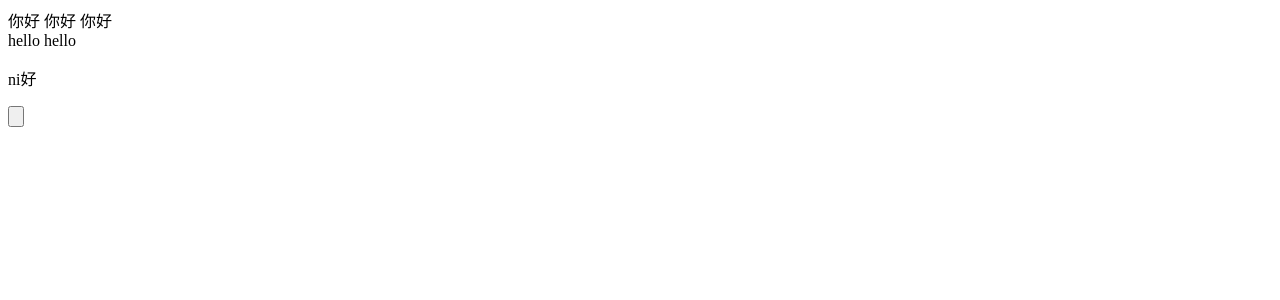
Repository: ls02/VSCode
Page: Java/2022/6-22-1/Test1.html
The author's editor kept a copy of each file at every save. The page is drawn from the files as they stood at one save, then again after the next save.
The browser window is 1280 px wide. The pictures show the whole page.

Above is the page before, as saved 2022-06-23 22:53:42.

After the next save:
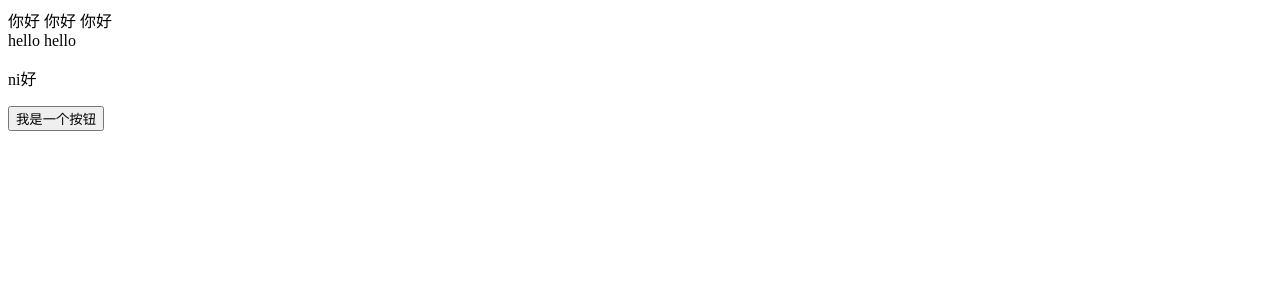
Saved 19 s later.
--- a/Java/2022/6-22-1/Test1.html
+++ b/Java/2022/6-22-1/Test1.html
@@ -2,7 +2,7 @@
  * @Author: ls02 <2877455773@qq.com>
  * @Date: 2022-06-22 15:36:44
  * @LastEditors: ls02 <2877455773@qq.com>
- * @LastEditTime: 2022-06-23 22:52:58
+ * @LastEditTime: 2022-06-23 22:54:01
  * @FilePath: \Java\2022\6-22-1\Test1.html
  * @Description:
  *
@@ -30,6 +30,6 @@
     <script>
         alert('Hello, world!');
     </script>
-    <input type="button" vlaue="我是一个按钮" onclick="alert('hello, world!');">
+    <input type="button" value="我是一个按钮" onclick="alert('hello, world!');">
 </body>
 </html>
